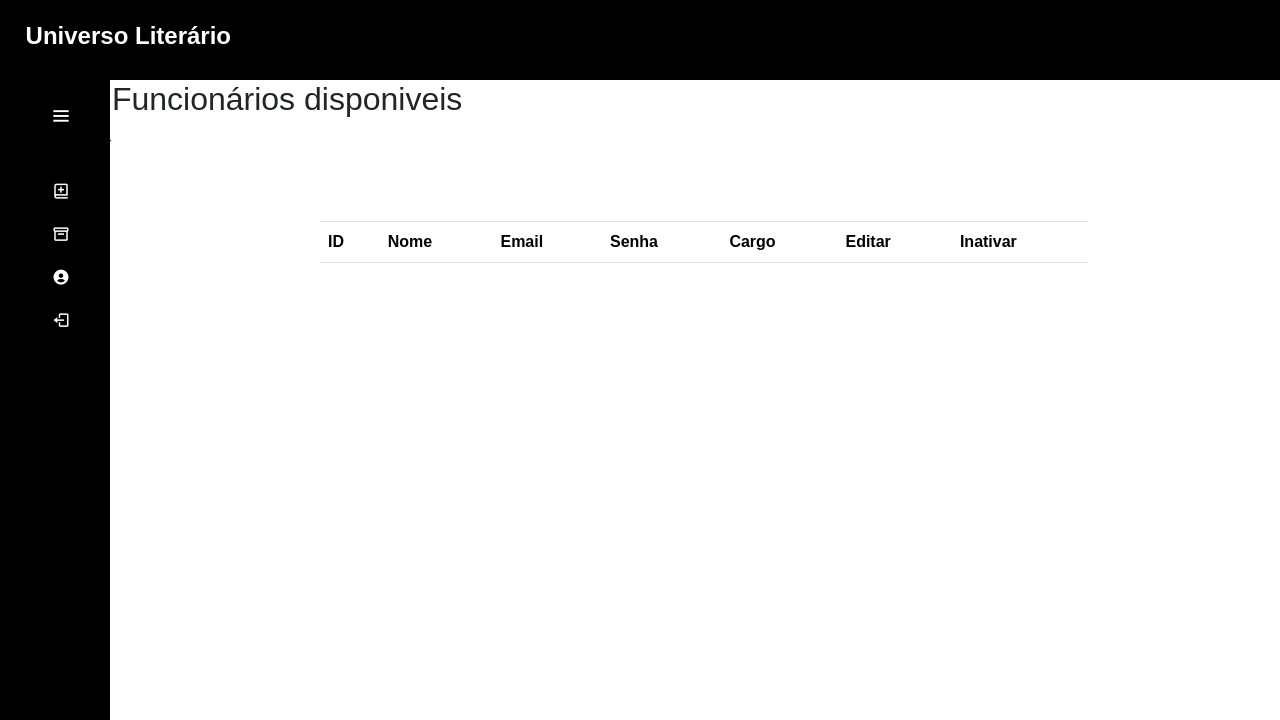
Repository: isabeli2203/tcc-final-agr-vai-oficial
Page: http://localhost/listaFun
These files come from the project's save history. The page is drawn as it stood at one moment and after a run of saves; the edit follows.
The browser window is 1280 px wide. The pictures show the whole page.
The page is this project's Thymeleaf template; nobody is signed in. The template is opened directly, without the code that normally fills it, so the values that code supplies are empty.

Above is the page before, as saved 2023-10-14 17:44:09.

### universoliterario/src/main/resources/templates/listaFun.html
<!DOCTYPE html>
<html lang="pt-br">
<head>
<meta charset="UTF-8">
	<meta http-equiv="X-UA-Compatible" content="IE=edge">
	<meta name="viewport" content="width=device-width, initial-scale=1.0">
	<link rel="stylesheet" href="/css/ListaFunc.css">
	<link href="https://cdn.jsdelivr.net/npm/bootstrap@5.3.1/dist/css/bootstrap.min.css" rel="stylesheet"
		integrity="sha384-4bw+/aepP/YC94hEpVNVgiZdgIC5+VKNBQNGCHeKRQN+PtmoHDEXuppvnDJzQIu9" crossorigin="anonymous">
	<script src="https://cdn.jsdelivr.net/npm/@popperjs/core@2.11.8/dist/umd/popper.min.js"
		integrity="sha384-I7E8VVD/ismYTF4hNIPjVp/Zjvgyol6VFvRkX/vR+Vc4jQkC+hVqc2pM8ODewa9r"
		crossorigin="anonymous"></script>
	<script src="https://cdn.jsdelivr.net/npm/bootstrap@5.3.1/dist/js/bootstrap.min.js"
		integrity="sha384-Rx+T1VzGupg4BHQYs2gCW9It+akI2MM/mndMCy36UVfodzcJcF0GGLxZIzObiEfa"
		crossorigin="anonymous"></script>
	<link href='https://unpkg.com/boxicons@2.1.4/css/boxicons.min.css' rel='stylesheet'>
	<title>Funcionários</title>
<style>
  body {
    font-family: Arial, sans-serif;
    margin: 0;
    padding: 0;
    background-color: #f4f4f4;
  }
  .container {
    max-width: 800px;
    margin: 20px auto;
    padding: 20px;
    background-color: #fff;
    border-radius: 8px;
    box-shadow: 0 0 10px rgba(0, 0, 0, 0.2);
  }
  h2 {
    text-align: center;
    margin-bottom: 20px;
  }

  .btn {
    background-color: #603fb6;
    color: #fff;
    padding: 5px 10px;
    border: none;
    border-radius: 4px;
    cursor: pointer;
    margin-left: 10px;
  }
  .btn-danger {
    background-color: #a682ff;
  }
</style>
</head>
<body>

	<header>
			<nav class="navbar">
				<div class="logo">Universo Literário</div>
			</nav>


	</header>
	<!--header acabou-->

	<section class="main">

		<div class="sidebar">

			<div class="logo_details">

				<i class="bx bx-menu" id="btn"></i>
			</div>
			<ul class="nav-list">

				<li>
					<a href="/universoliterario/funcionario/AdicionarLivroADM">
						<i class='bx bx-book-add'></i>
						<span class="link_name">Adicionar Livro</span>
					</a>
					<span class="tooltip">Adicionar Livro</span>
				</li>

				<li>
					<a href="/universoliterario/funcionario/EstoqueADM">
						<i class='bx bx-box' ></i>
						<span class="link_name">Estoque</span>
					</a>
					<span class="tooltip">Estoque</span>
				</li>

				<li>
					<a href="/universoliterario/funcionario/listaFun">
						<i class='bx bxs-user-circle' ></i>
						<span class="link_name">Funcionários</span>
					</a>
					<span class="tooltip">Funcionários</span>
				</li>

				<li>
					<a href="/universoliterario/funcionario/login">
					  <i class="bx bx-log-out" id="log_out"></i>
					  <span class="link_name">Sair</span>
					</a>
					<span class="tooltip">Sair</span>
				  </li>

				<li class="profile">
					<div class="profile_details">
						<div class="profile_content">
							<h1 class="name"><span th:text="${session.funclogado.nome}"></span></h1>
							<h1 class="designation"><span th:text="${session.funclogado.acesso}"></span></h1>
						</div>
					</div>
				</li>
			</ul>
		</div>

			</div>
		</form>
		<br>
		<br>

				---------------------<h2>Funcionários disponiveis</h2>

		<form action="#" th:action="@{/universoliterario/funcionario/ListaFunc}" class="row g-3 mx-5 mt-2" method="get">


		</form>

		<div class="api">
			<table class="table table-striped table-hover my-5 border-top">

				<thead>
					<tr>
						<th scope="col">ID</th>
						<th scope="col">Nome</th>
						<th scope="col">Email</th>
						<th scope="col">Senha</th>
						<th scope="col">Cargo</th>
						<th scope="col">Editar</th>
						<th scope="col">Inativar</th>

					</tr>
				<tbody>

					<tr th:each="funcionario : ${funcionarios}">
						<td scope="row" th:text="${funcionario.id}"></td>
						<td th:text="${funcionario.Nome}"></td>
						<td th:text="${funcionario.Email}"></td>
						<td th:text="${funcionario.Senha}"></td>
						<td th:text="${funcionario.acesso}"></td>
						<td>
							<a th:href="@{/universoliterario/funcionario/EditarFuncionario/{id}(id=${funcionario.id})}"
								class="btn btn-success btn-sm pb-0">Editar</a>
						</td>
						<td><a th:href="@{/universoliterario/funcionario/inativar/{id}(id=${funcionario.id})}"
							class="btn  btn-purple btn-sm pb-0 "style="background-color: #a682ff;">Inativar</a></td>
					</tr>

				</tbody>
				</thead>
		</div>
		</div>
	</section>
</body>
</html>

### universoliterario/src/main/resources/static/css/ListaFunc.css
* {
  margin: 0;
  padding: 0;
  box-sizing: border-box;
  overflow: hidden;
}

html,
body {
  height: 100%;
  font-family: Arial, Helvetica, sans-serif;
}

header {
  background-color: #000000;
  padding: 5px 2%;
  height: 80px;
}
.api {
  margin-top: -8%;
  margin-left: 25%;
  width: 60%;
  height: 70%;
  display: flex;
  overflow: auto;
}

#logo {
  height: 7px;
  padding: 7px 2%;
  height: 80px;
  margin-top: -57px;
}

.logo h2 {
  font-size: 15px;
  float: right;
  color: white;
  margin-top: 85px;
  text-align: center;
  display: flex;
  margin-top: 20px;
  margin-left: 20px;
}

.icon-header h2 {
  font-size: 15px;
  float: right;
  color: black;
  margin-top: 85px;
  text-align: center;
  display: flex;
  margin-top: 15%;
  margin-left: 20px;
}

.logo-um h2 {
  font-size: 15px;
  margin-top: 85px;
}

.info-header {
  color: white;
  display: flex;
  justify-content: space-between;
  margin: auto 10px;
  margin-top: 5px;
}

.logo {
  margin-top: 5px;
}

.icon-header img {
  height: 40px;
  width: 40px;
  margin-top: 10%;
}

.main {
  display: flex;
  flex-wrap: wrap;
  height: 100%;
}

.main {
  background-color: rgb(255, 255, 255);
}


.barrapesquisa {
  margin-top: -2px;
  align-items: center;
  text-align: center;

}

#barrapesq {
  margin-left: 78.60rem;
  margin-top: 7.30%;
  width: 200px;
  height: 35px;
  border-radius: 10px;
}

#inputBarraPesc{
  margin-top: -7px;
  border-radius: 10px;
  height: 35px;
}

:root {
  --color-default: #000000;
  --color-white: #fff;
  --color-body: #e4e9f7;
  --color-light: #e0e0e0;
}

.sidebar {
  min-height: 100vh;
  width: 110px;
  padding: 6px 14px;
  z-index: 99;
  background-color: var(--color-default);
  transition: all 0.5s ease;
  position: fixed;
  top: 80px;
  left: 0;
}

.sidebar.open {
  width: 310px;
}

.sidebar .logo_details {
  height: 60px;
  display: flex;
  align-items: center;
  position: relative;
}

.sidebar .logo_details .icon {
  opacity: 0;
  transition: all 0.5s ease;
}

.sidebar .logo_details .logo_name {
  color: var(--color-white);
  font-size: 21px;
  font-weight: 700;
  opacity: 0;
  transition: all 0.5s ease;
}

.sidebar.open .logo_details .icon,
.sidebar.open .logo_details .logo_name {
  opacity: 1;
}

.sidebar .logo_details #btn {
  position: absolute;
  top: 50%;
  right: 10px;
  transform: translateY(-50%);
  font-size: 23px;
  text-align: center;
  cursor: pointer;
  transition: all 0.5s ease;
  margin-left: 5pt;
}

.sidebar.open .logo_details #btn {
  text-align: right;
}

.sidebar i {
  margin-left: 10px;
  color: var(--color-white);
  height: 60px;
  line-height: 60px;
  min-width: 50px;
  font-size: 25px;
  text-align: center;
}

.sidebar .nav-list {
  margin-top: 20px;
  height: 100%;
}

.sidebar li {
  position: relative;
  margin: 8px 0;
  list-style: none;
}

.sidebar li .tooltip {
  position: absolute;
  top: -20px;
  left: calc(100% + 15px);
  z-index: 3;
  background-color: var(--color-white);
  box-shadow: 0 5px 10px rgba(0, 0, 0, 0.3);
  padding: 6px 14px;
  font-size: 15px;
  font-weight: 400;
  border-radius: 5px;
  white-space: nowrap;
  opacity: 0;
  pointer-events: none;
}

.sidebar li:hover .tooltip {
  opacity: 1;
  pointer-events: auto;
  transition: all 0.5s ease;
  top: 50%;
  transform: translateY(-50%);
}

.sidebar.open li .tooltip {
  display: none;
}

.sidebar input::placeholder {
  color: var(--color-light);
}

.sidebar.open input {
  width: 100%;
  padding: 0 20px 0 50px;
}

.sidebar li a {
  margin-left: -20px;
  display: flex;
  height: 100%;
  width: 100%;
  align-items: center;
  text-decoration: none;
  background-color: var(--color-default);
  position: relative;
  transition: all 0.5s ease;
  z-index: 12;
}

.sidebar li a::after {
  content: "";
  position: absolute;
  width: 100%;
  height: 100%;
  transform: scaleX(0);
  background-color: var(--color-white);
  border-radius: 5px;
  transition: transform 0.3s ease-in-out;
  transform-origin: left;
  z-index: -2;
}

.sidebar li a:hover::after {
  transform: scaleX(1);
  color: var(--color-default);
}

.sidebar li a .link_name {
  color: var(--color-white);
  font-size: 15px;
  font-weight: 400;
  white-space: nowrap;
  pointer-events: auto;
  transition: all 0.4s ease;
  pointer-events: none;
  opacity: 0;
}

.sidebar li a:hover .link_name,
.sidebar li a:hover i {
  transition: all 0.5s ease;
  color: var(--color-default);
}

.sidebar.open li a .link_name {
  opacity: 1;
  pointer-events: auto;
}

.sidebar li i {
  height: 35px;
  line-height: 35px;
  font-size: 18px;
  border-radius: 5px;
}

.sidebar li.profile {
  position: fixed;
  height: 60px;
  width: 78px;
  left: 0;
  bottom: -8px;
  padding: 10px 14px;
  overflow: hidden;
  transition: all 0.5s ease;
}

.sidebar.open li.profile {
  width: 250px;
}

.sidebar .profile .profile_details {
  display: flex;
  align-items: center;
  flex-wrap: nowrap;
}

.sidebar li.profile .name,
.sidebar li.profile .designation {
  font-size: 17px;
  font-weight: 400;
  color: var(--color-white);
  white-space: nowrap;
}

.sidebar li.profile .designation {
  font-size: 12px;
}

.sidebar .profile #log_out {
  position: absolute;
  top: 50%;
  right: 0;
  transform: translateY(-50%);
  background-color: var(--color-default);
  width: 100%;
  height: 60px;
  line-height: 60px;
  border-radius: 5px;
  cursor: pointer;
  transition: all 0.5s ease;
}

.sidebar.open .profile #log_out {
  width: 50px;
  background: none;
}


body {
  margin: 0;
  padding: 0;
  font-family: Arial, sans-serif;
}

.navbar {
  background-color: #000000;
  color: #fff;
  display: flex;
  justify-content: space-between;
  align-items: center;
  padding: 10px 20px;
}

.logo {
  font-size: 24px;
  font-weight: bold;
}

.nav-links {
  list-style: none;
  display: flex;
  margin: 0;
  padding: 0;
}

.nav-links li {
  margin-right: 20px;
}

.nav-links a {
  text-decoration: none;
  color: #fff;
}

.search {
  display: flex;
  align-items: center;
}

#searchInput {
  padding: 5px;
  border: none;
  border-radius: 3px;
  margin-right: 10px;
}

#searchButton {
  background-color: #000000;
  color: #fff;
  border: none;
  border-radius: 2px;
  padding-top: 5px 5px;
  cursor: pointer;
}

After the next 2 saves:
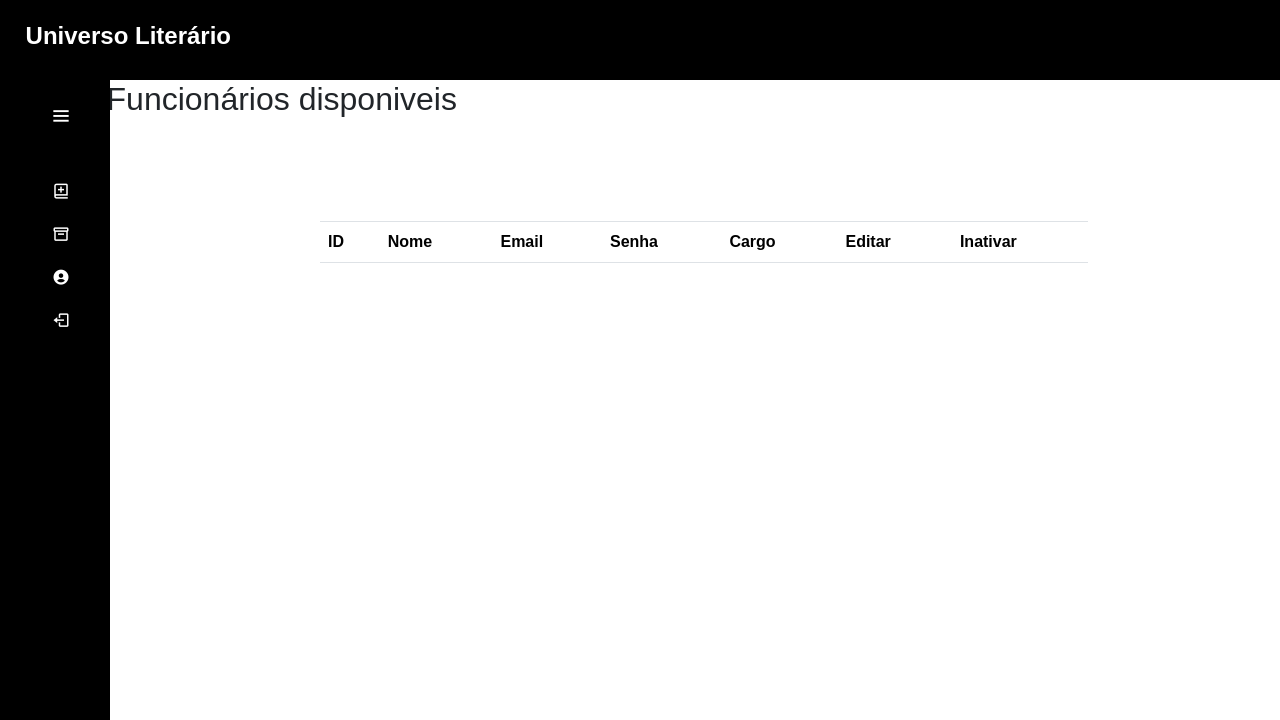
The 2 saves are shown as one change because they came seconds apart.
The last was saved 21 s later.
--- a/universoliterario/src/main/resources/templates/listaFun.html
+++ b/universoliterario/src/main/resources/templates/listaFun.html
@@ -34,7 +34,27 @@
     text-align: center;
     margin-bottom: 20px;
   }
-
+  .livro {
+    border: 1px solid #ccc;
+    border-radius: 4px;
+    padding: 10px;
+    margin-bottom: 10px;
+    display: flex;
+    justify-content: space-between;
+    align-items: center;
+  }
+  .livro img {
+    max-width: 100px;
+    height: auto;
+    margin-right: 10px;
+  }
+  .livro-info {
+    flex: 1;
+  }
+  .livro-btns {
+    display: flex;
+    align-items: center;
+  }
   .btn {
     background-color: #603fb6;
     color: #fff;
@@ -118,7 +138,7 @@
 		<br>
 		<br>
 
-				---------------------<h2>Funcionários disponiveis</h2>
+				--------------------<h2>Funcionários disponiveis</h2>
 
 		<form action="#" th:action="@{/universoliterario/funcionario/ListaFunc}" class="row g-3 mx-5 mt-2" method="get">
 
@@ -152,7 +172,7 @@
 								class="btn btn-success btn-sm pb-0">Editar</a>
 						</td>
 						<td><a th:href="@{/universoliterario/funcionario/inativar/{id}(id=${funcionario.id})}"
-							class="btn  btn-purple btn-sm pb-0 "style="background-color: #a682ff;">Inativar</a></td>
+							class="btn  btn-success btn-sm pb-0">Inativar</a></td>
 					</tr>
 
 				</tbody>

After the save that followed:
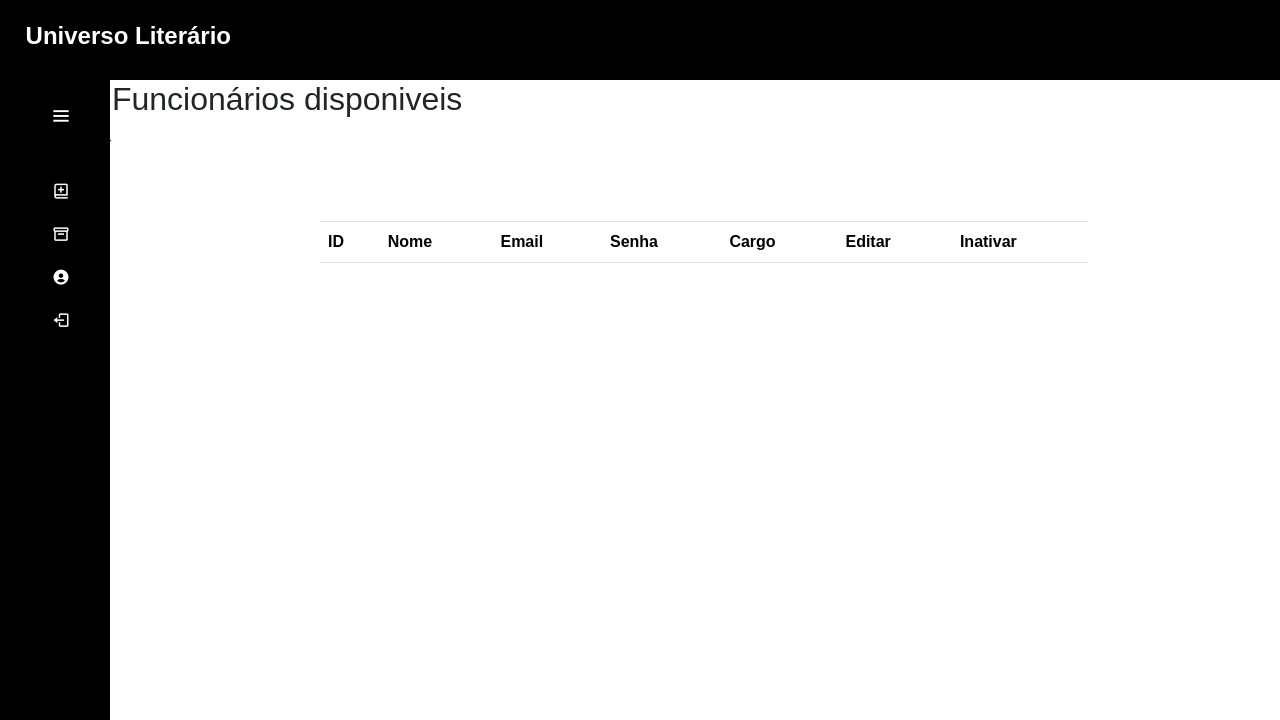
Saved 7 s later.
--- a/universoliterario/src/main/resources/templates/listaFun.html
+++ b/universoliterario/src/main/resources/templates/listaFun.html
@@ -138,7 +138,7 @@
 		<br>
 		<br>
 
-				--------------------<h2>Funcionários disponiveis</h2>
+				---------------------<h2>Funcionários disponiveis</h2>
 
 		<form action="#" th:action="@{/universoliterario/funcionario/ListaFunc}" class="row g-3 mx-5 mt-2" method="get">
 
